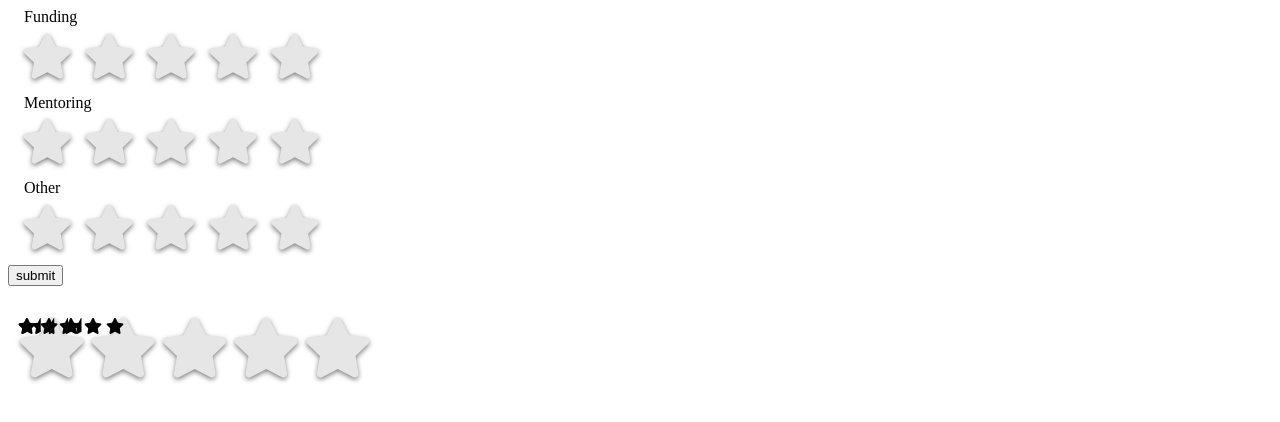
Repository: samalty/star-rating-system-js-test
Page: star3.html
The author's editor kept a record of every edit. The page is drawn from the files as they stood at one moment, then again after the next edit.
The browser window is 1280 px wide. The pictures show the whole page.
Some web libraries are served in a nearby version.

Above is the page before.

After the next edit:
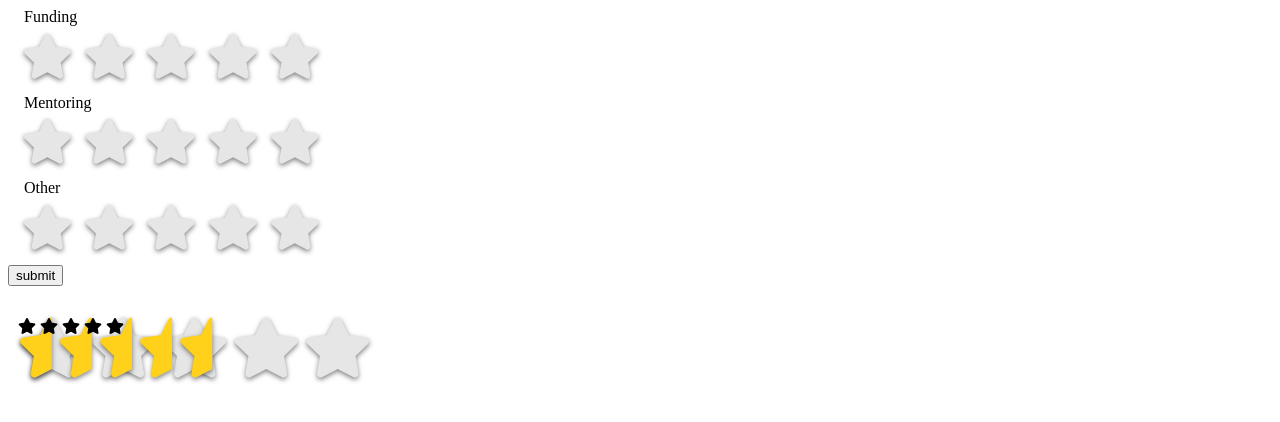
The edit:
--- a/styles2.css
+++ b/styles2.css
@@ -48,7 +48,11 @@
     font-size: 60px;
     text-shadow: 0 2px 5px rgba(0,0,0,.5);
 }
-#overallHalf{
+#halfStar1,
+#halfStar2,
+#halfStar3,
+#halfStar4,
+#halfStar5{
     font-size: 60px;
     color: #ffd11a;
     text-shadow: 0 2px 5px rgba(0,0,0,.5);
